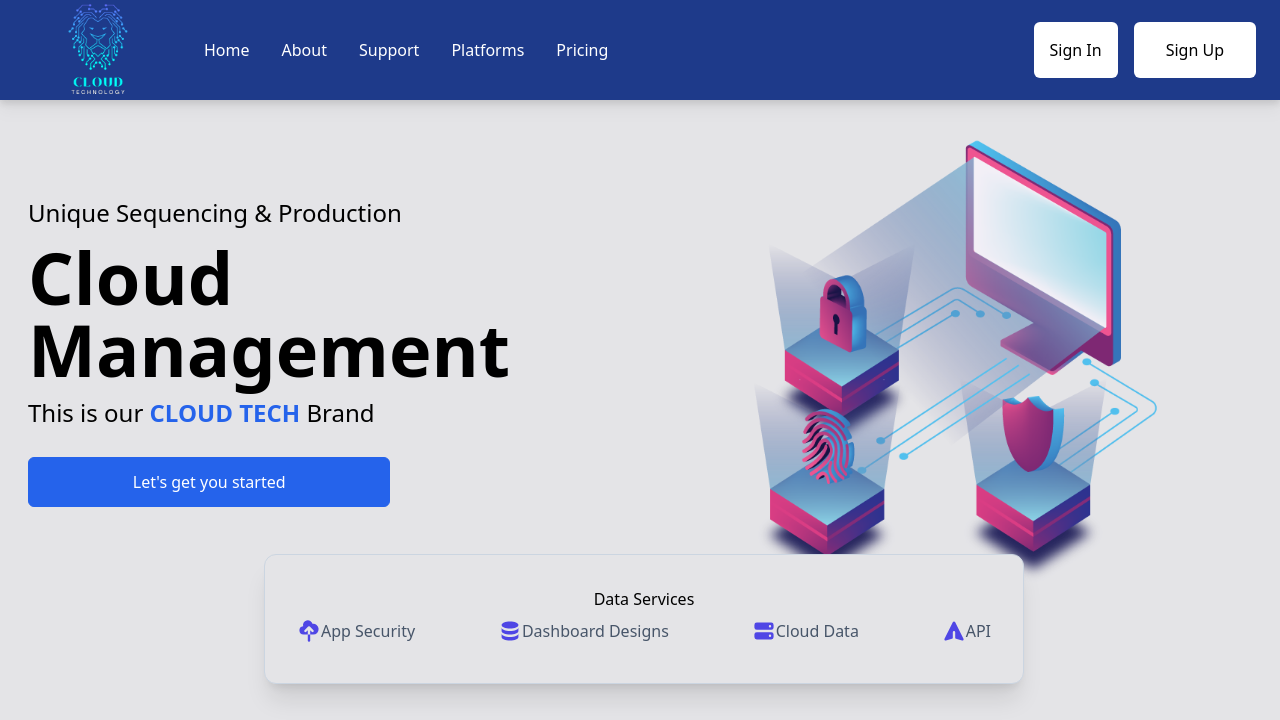
Repository: Esther-Kamau/cloud-management
Page: /
These files come from the project's save history. The page is drawn as it stood at one moment and after the next save; the edit follows.
The browser window is 1280 px wide. The pictures show the whole page.
The project was rebuilt for these pictures with package versions that can differ from the ones it lists, and the page was loaded fresh each time. A package was used in the major version that the imports need, not the one package.json lists.

Above is the page before, as saved 2023-03-16 18:35:45.

### public/index.html
<!DOCTYPE html>
<html lang="en">
  <head>
    <meta charset="utf-8" />
    <link rel="icon" href="%PUBLIC_URL%/Logo.png" />
    <meta name="viewport" content="width=device-width, initial-scale=1" />
    <meta name="theme-color" content="#000000" />
    <meta
      name="description"
      content="Web site created using create-react-app"
    />
    <link rel="apple-touch-icon" href="%PUBLIC_URL%/Logo.png" />
    <!--
      manifest.json provides metadata used when your web app is installed on a
      user's mobile device or desktop. See https://developers.google.com/web/fundamentals/web-app-manifest/
    -->
    <link rel="manifest" href="%PUBLIC_URL%/manifest.json" />
    <!--
      Notice the use of %PUBLIC_URL% in the tags above.
      It will be replaced with the URL of the `public` folder during the build.
      Only files inside the `public` folder can be referenced from the HTML.

      Unlike "/favicon.ico" or "favicon.ico", "%PUBLIC_URL%/favicon.ico" will
      work correctly both with client-side routing and a non-root public URL.
      Learn how to configure a non-root public URL by running `npm run build`.
    -->
    <title>Cloud Technology</title>
  </head>
  <body>
    <noscript>You need to enable JavaScript to run this app.</noscript>
    <div id="root"></div>
    <!--
      This HTML file is a template.
      If you open it directly in the browser, you will see an empty page.

      You can add webfonts, meta tags, or analytics to this file.
      The build step will place the bundled scripts into the <body> tag.

      To begin the development, run `npm start` or `yarn start`.
      To create a production bundle, use `npm run build` or `yarn build`.
    -->
  </body>
</html>

### src/index.css
@tailwind base;
@tailwind components;
@tailwind utilities;

@layer base{
    li{
      @apply p-4 text-white hover:text-slate-300
    }
    button {
        @apply p-4 text-white border bg-blue-600 border-blue-600
        hover:bg-transparent hover:text-black rounded-md
      }
}

### src/App.jsx
import Navbar from "./components/Navbar"
import Hero from "./components/Hero"

function App() {
  return (

    <>
  <Navbar/>
  <Hero/>
    </>
  );
}

export default App;

### src/components/Navbar.jsx
import React, { useState } from "react";
import { MenuIcon, XIcon } from "@heroicons/react/outline";
import Logo from "../assets/Logo.png";

const Navbar = () => {
  const [nav, setNav] = useState(false);
  const handleClick = () => setNav(!nav);

  return (
    <div className="w-screen h-[100px] z-10 bg-blue-900 fixed drop-shadow-lg">
      <div className="px-2 flex justify-between items-center w-full h-full">
        <div className="flex items-center">
          <img className="h-[180px] w-[180px]" src={Logo} alt="Logoimg" />
          <ul className="hidden md:flex">
            <li>Home</li>
            <li>About</li>
            <li>Support</li>
            <li>Platforms</li>
            <li>Pricing</li>
          </ul>
        </div>
        <div className="hidden md:flex pr-4">
          <button className="border-none bg-white text-black mr-4 hover:text-white hover:bg-blue-300">
            Sign In
          </button>
          <button className="border-none bg-white text-black px-8 py-3 hover:text-white hover:bg-blue-300">
            Sign Up
          </button>
        </div>
        {/* toggle state */}
        <div className="md:hidden" onClick={handleClick}>
          {/* if the opposite of nav is true display this else xicon */}
          {!nav ? (
            <MenuIcon className="w-8 stroke-white" />
          ) : (
            <XIcon className="w-8 stroke-white" />
          )}
        </div>
      </div>
      {/* if nav is not true hide the menu if tru display the menu */}
      <ul className={!nav ? "hidden" : "absolute bg-blue-900 w-full px-8"}>
        <li className="border-b-2 border-blue-200 w-full">Home</li>
        <li className="border-b-2 border-blue-200 w-full">About</li>
        <li className="border-b-2 border-blue-200 w-full">Support</li>
        <li className="border-b-2 border-blue-200 w-full">Platforms</li>
        <li className="border-b-2 border-blue-200 w-full">Pricing</li>
        <div className="flex flex-col my-4">
          <button>Sign In</button>

          <button className="px-8 py-3">Sign Up</button>
        </div>
      </ul>
    </div>
  );
};

export default Navbar;

### src/components/Hero.jsx
import React from "react";
import {
  CloudUploadIcon,
  DatabaseIcon,
  PaperAirplaneIcon,
  ServerIcon,
} from "@heroicons/react/solid";

import bgImg from "../assets/cyber-bg.png";

const Hero = () => {
  return (
    <div className="w-full h-screen bg-zinc-200 flex flex-col justify-between">
      <div className="grid md:grid-cols-2 max-w-[1240px] m-auto">
        <div className="flex flex-col justify-center md:items-start w-full px-2 py-3">
          <p className="text-2xl">Unique Sequencing & Production</p>
          <h1 className="py-3 text-5xl font-bold md:text-7xl">
            Cloud Management
          </h1>
          <p className="text-2xl mb-3">
            This is our{" "}
            <span className="text-blue-600 font-bold">CLOUD TECH</span> Brand
          </p>
          <button className="py-3 px-6 sm:w-[60%] my-4">
            Let's get you started
          </button>
        </div>
        <div>
          <img src={bgImg} alt="bg" className="w-full" />
        </div>
        {/* check on this later: absolute position */}
        <div
         className='absolute flex flex-col py-8 md:min-w-[760px] bottom-[5%]
         mx-1 md:left-1/2 transform md:-translate-x-1/2 bg-zinc-200
         border border-slate-300 rounded-xl text-center shadow-xl'
        >
          <p>Data Services</p>
          <div className="flex flex-wrap justify-between px-4">
            <p className="flex px-4 py-2 text-slate-600"><CloudUploadIcon  className="h-6 text-indigo-600" /> App Security</p>
            <p className="flex px-4 py-2 text-slate-600"><DatabaseIcon className="h-6 text-indigo-600" /> Dashboard Designs</p>
            <p className="flex px-4 py-2 text-slate-600"><ServerIcon className="h-6 text-indigo-600"/> Cloud Data</p>
            <p className="flex px-4 py-2 text-slate-600"><PaperAirplaneIcon className="h-6 text-indigo-600"/> API</p>
          </div>
        </div>
      </div>
    </div>
  );
};

export default Hero;

Loaded but not shown: src/index.js (common file); tailwind.config.js (common file)

After the next save:
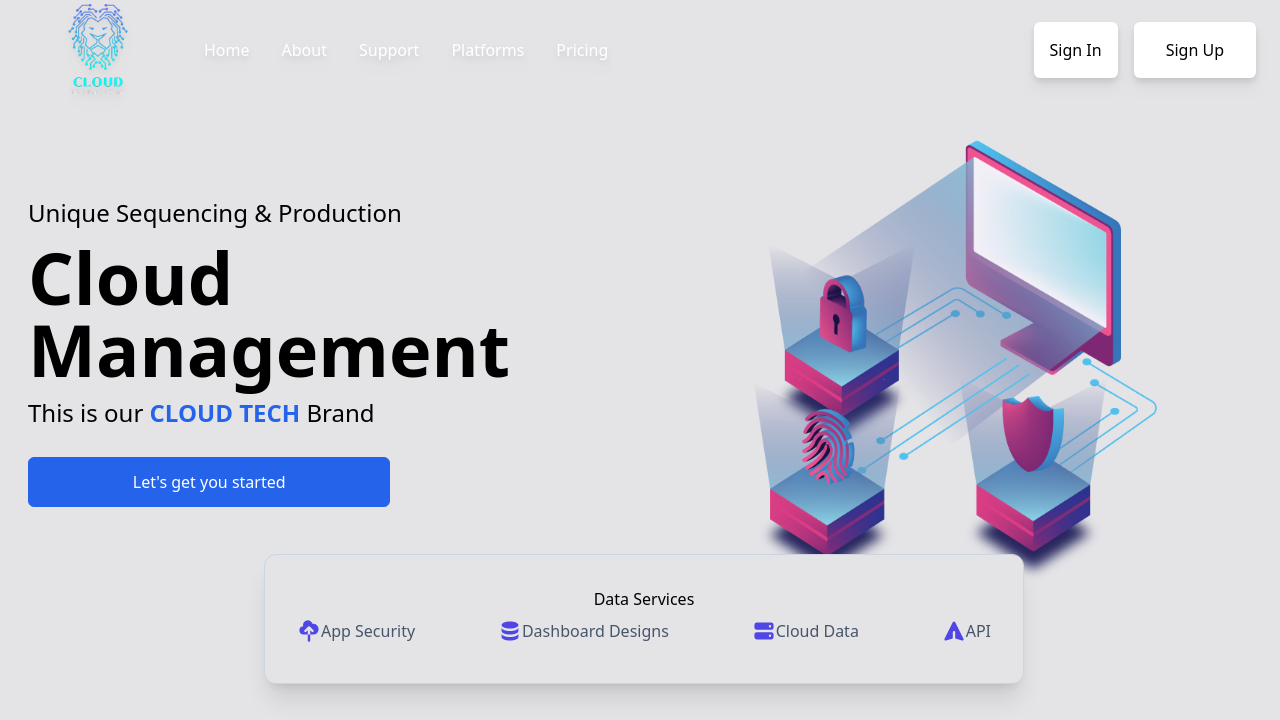
Saved 54 s later.
--- a/src/components/Navbar.jsx
+++ b/src/components/Navbar.jsx
@@ -7,7 +7,7 @@ const Navbar = () => {
   const handleClick = () => setNav(!nav);
 
   return (
-    <div className="w-screen h-[100px] z-10 bg-blue-900 fixed drop-shadow-lg">
+    <div className="w-screen h-[100px] z-10 bg- fixed drop-shadow-lg">
       <div className="px-2 flex justify-between items-center w-full h-full">
         <div className="flex items-center">
           <img className="h-[180px] w-[180px]" src={Logo} alt="Logoimg" />
